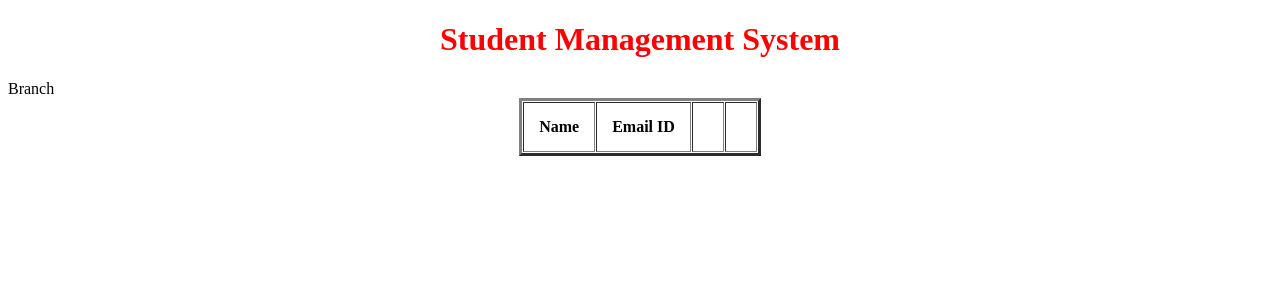
Repository: Aviligonda/Servlet_Programs
Page: http://localhost/StudentManagementSystem/viewStudent.jsp
An editor plug-in stored every save of this project. The page is shown before and after the next save, followed by the edit.
The browser window is 1280 px wide. The pictures show the whole page.
The page is served by Tomcat 9. Queries for data that is not in the repository find no rows.

Above is the page before, as saved 2024-11-24 15:10:55.

After the next save:
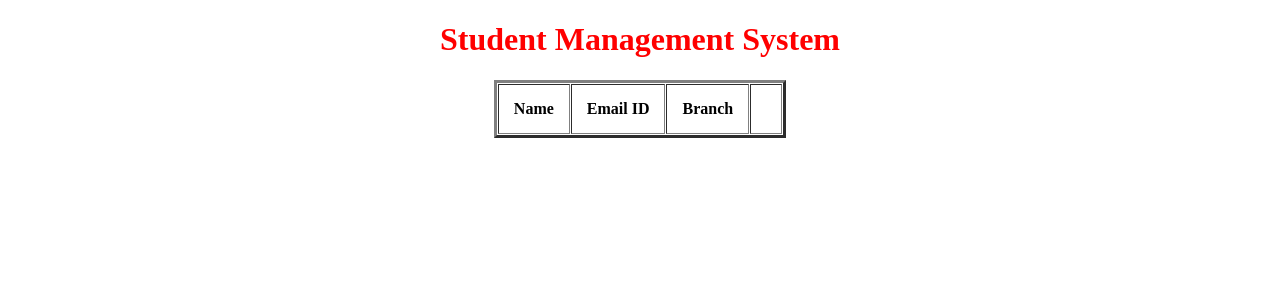
Saved 14 s later.
--- a/StudentManagementSystem/src/main/webapp/viewStudent.jsp
+++ b/StudentManagementSystem/src/main/webapp/viewStudent.jsp
@@ -18,7 +18,7 @@
 	Statement statement = connection.createStatement();
 	ResultSet resultSet = statement.executeQuery("select * from sms");
 	out.print("<table border='3' align='center' cellspacing='1' cellpadding='15'>");
-	out.print("<tr><th>Name</th><th>Email ID</th>Branch<th></th><th></th></tr>");
+	out.print("<tr><th>Name</th><th>Email ID</th><th>Branch</th><th></th></tr>");
 	while(resultSet.next()){
 		out.println(resultSet.getString(1)+"\n "+resultSet.getString(2)+" "+resultSet.getString(3)+" "+resultSet.getString(4));
 		out.println("\n");
